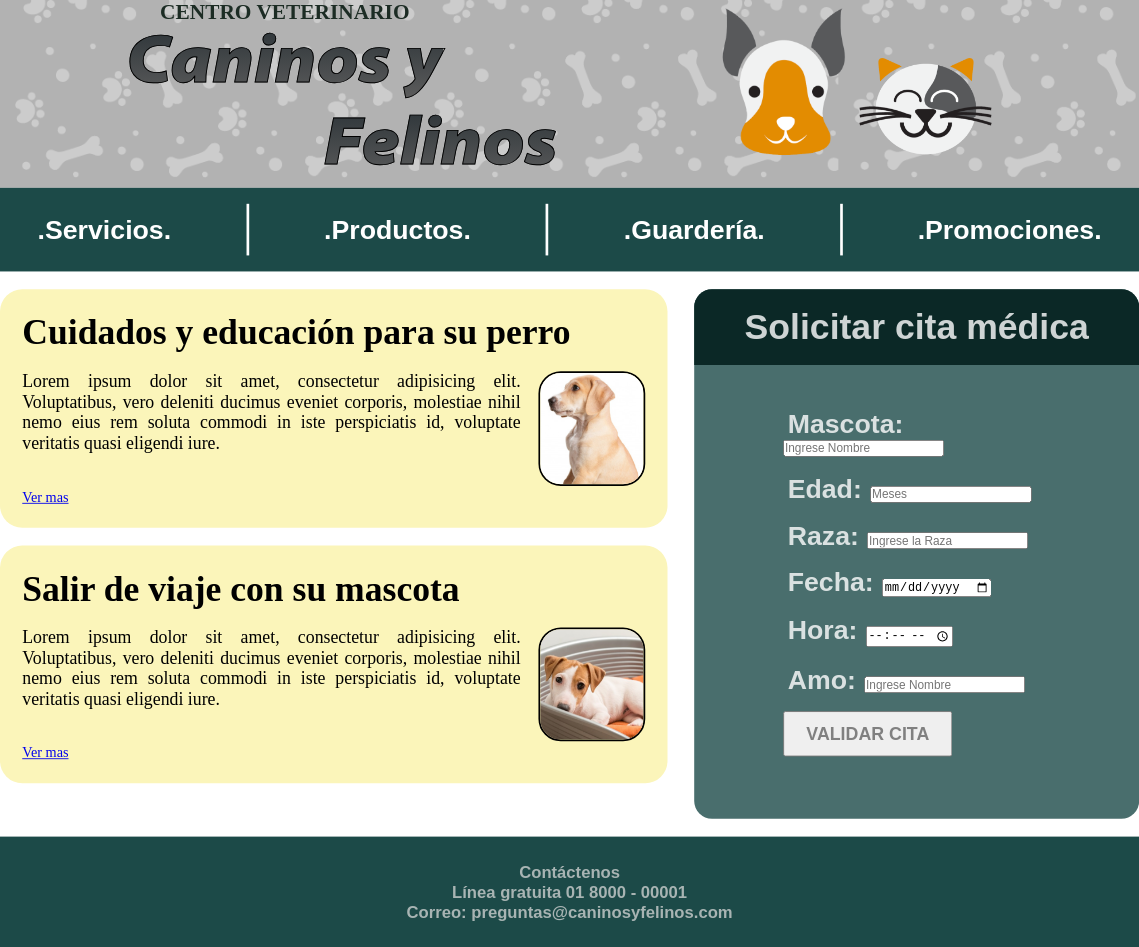
Repository: mariomr87/senaweb01
Page: principal.html
The author's editor kept a copy of each file at every save. The page is drawn from the files as they stood at one save, then again after the next save.
The browser window is 1280 px wide. The pictures show the whole page, at 89% of full size.

Above is the page before, as saved 2021-10-23 13:50:34.

### principal.html
<!DOCTYPE html>
<html lang="en">
<head>
    <meta charset="UTF-8">
    <meta http-equiv="X-UA-Compatible" content="IE=edge">
    <meta name="viewport" content="width=device-width, initial-scale=1.0">
    <link rel="stylesheet" href="estilos.css">
    <title>Document</title>
</head>
<body>
    <div>
        <header>
            <div id="cabecera">
                <div class="header-text">
                    <h3>CENTRO VETERINARIO</h3>
                    <h1><span id="header-text-degrad">Caninos y <br><span id="text-felinos">Felinos</span></spa></h1>
                </div>
                <div class="header-img">
                    <img src="./imagenes/dog_white.png" alt="">
                    <img src="./imagenes/cat_white.png" alt="">
                </div>
            </div>
        </header>
        <nav>
            <td>
                <tr><a href="">.Servicios.</a><span class="linea"></span></tr>
                <tr><a href="">.Productos.</a><span class="linea"></span></tr>
                <tr><a href="">.Guardería.</a><span class="linea"></span></tr>
                <tr><a href="">.Promociones.</a></tr>
            </td>
        </nav>
        <div class="centro-pag">
            <section>
                <article>
                    <h2>Cuidados y educación para su perro</h2>
                    <div class="centropag-texto">
                        <p>Lorem ipsum dolor sit amet, consectetur adipisicing elit. Voluptatibus, vero deleniti ducimus eveniet corporis, molestiae nihil nemo eius rem soluta commodi in iste perspiciatis id, voluptate veritatis quasi eligendi iure.</p>
                        <div><img src="./imagenes/perro1.png" alt=""></div>
                    </div>
                    <a href="#">Ver mas</a>
                </article>
                <article>
                    <h2>Salir de viaje con su mascota</h2>
                    <div class="centropag-texto">
                        <p>Lorem ipsum dolor sit amet, consectetur adipisicing elit. Voluptatibus, vero deleniti ducimus eveniet corporis, molestiae nihil nemo eius rem soluta commodi in iste perspiciatis id, voluptate veritatis quasi eligendi iure.</p>
                        <div><img src="./imagenes/perro2.png" alt=""></div>
                    </div>
                    <a href="#">Ver mas</a>
                </article>
            </section>
            <aside>
                <form action="">
                    <div><h2>Solicitar cita médica</h2></div>
                    <div class="cuestionario">
                        <label for="mascota_name">Mascota:</label>
                        <input type="text" placeholder="Ingrese Nombre" id=""><br>

                        <label for="age_pet">Edad:</label>
                        <input type="number" name="" id="" placeholder="Meses"><br>

                        <label for="raza_pet">Raza:</label>
                        <input type="text" name="" id="" placeholder="Ingrese la Raza"><br>

                        <label for="fecha_ingreso_pet">Fecha:</label>
                        <input type="date" name="" id=""><br>

                        <label for="hora_ingreso_pet">Hora:</label>
                        <input type="time" name="" id=""><br>

                        <label for="amo_pet">Amo:</label>
                        <input type="text" name="" id="" placeholder="Ingrese Nombre"><br>

                        <button type="submit">VALIDAR CITA</button>
                    </div>
                </form>
            </aside>
        </div>
        <footer>
            <h3>Contáctenos</h3>
            <h3>Línea gratuita 01 8000 - 00001</h3>
            <h3>Correo: preguntas@caninosyfelinos.com</h3>
        </footer>
    </div>
</body>
</html>

### estilos.css
*{
    margin: 0px;
    padding: 0px;
    box-sizing:border-box;
}

@font-face {
    font-family: Myriad_Pro ;
    src: url(./extra/MyriadProBlackSemiExtendedItalic.otf);
}

h1{
    font-family: Myriad_pro;
}

header div img{
    width: 10em;
}

#cabecera{
    background-image: url("./imagenes/fondo.png");
    background-repeat: initial;
    width: 100%;
    display: flex;
    text-align: center;
}

.header-text,.header-img{
    width:50%;
}

.header-text h3{
    font-size: 1.5em;
    color:#1c2c24;
}

.header-text h1{
    font-size: 4.8em;
}

#header-text-degrad{
    background: linear-gradient(#30373b,#5c5c5c);
    -webkit-background-clip: text;
    -webkit-text-fill-color: transparent;
    -webkit-text-stroke: 1px black;
}

#text-felinos{
    margin-left: 350px;
}

nav{
    display: flex;
    flex-direction: row;
    justify-content: space-around;
    background: #1c4a48;
    margin-bottom: 20px;
}

nav a{
    color: #fff;
    font-weight: bold;
    text-decoration: none;
    font-size: 30px;
    font-family: Arial, Helvetica, sans-serif;
    padding: 30px 0;
}

.linea{
    border-right: 3px solid #fff;
    margin: 18px 0;
}

.centro-pag{
    display: flex;
}

.centropag-texto{
    display: flex;
    padding-top: 20px;
}

section{
    width: 60%;
    margin-right: 30px;
}

article{
    background: #fbf5ba;
    margin-bottom: 20px;
    padding: 25px;
    border-radius: 25px;
}

article h2{
    font-size: 40px;
}

article p{
    font-size: 20px;
    text-align: justify;
    padding-right: 20px;
}

article div img {
    width: 120px;
    border: 2px solid black;
    border-radius: 25px;
}

form  div h2{
    background:#0b2826 ;
    border-radius: 20px 20px 0 0;
    color: #ced4d4;
    font-size: 40px;
    padding: 20px 0;
    text-align: center;
}

aside{
    font-family: Arial, Helvetica, sans-serif;
    background: #496e6d;
    width: 40%;
    border-radius: 20px;
}

form label{
    font-weight:bold;
    font-size: 30px;
    color: #dae1e1;
    padding: 5px;
}

.cuestionario{
    padding: 10% 20%;
}

.cuestionario label,input,button{
    margin-bottom: 20px;
}

.cuestionario input{
    height: 100um;
}

.cuestionario button{
    font-size: 20px;
    padding: 4% 8%;
    font-weight: 600;
    color: gray;

}

footer{
    text-align: center;
    background: #1c4a48;
    color: #a8b4b3;
    padding: 30px 0;
    font-family: Arial, Helvetica, sans-serif;
    margin-top: 20px;
}

After the next save:
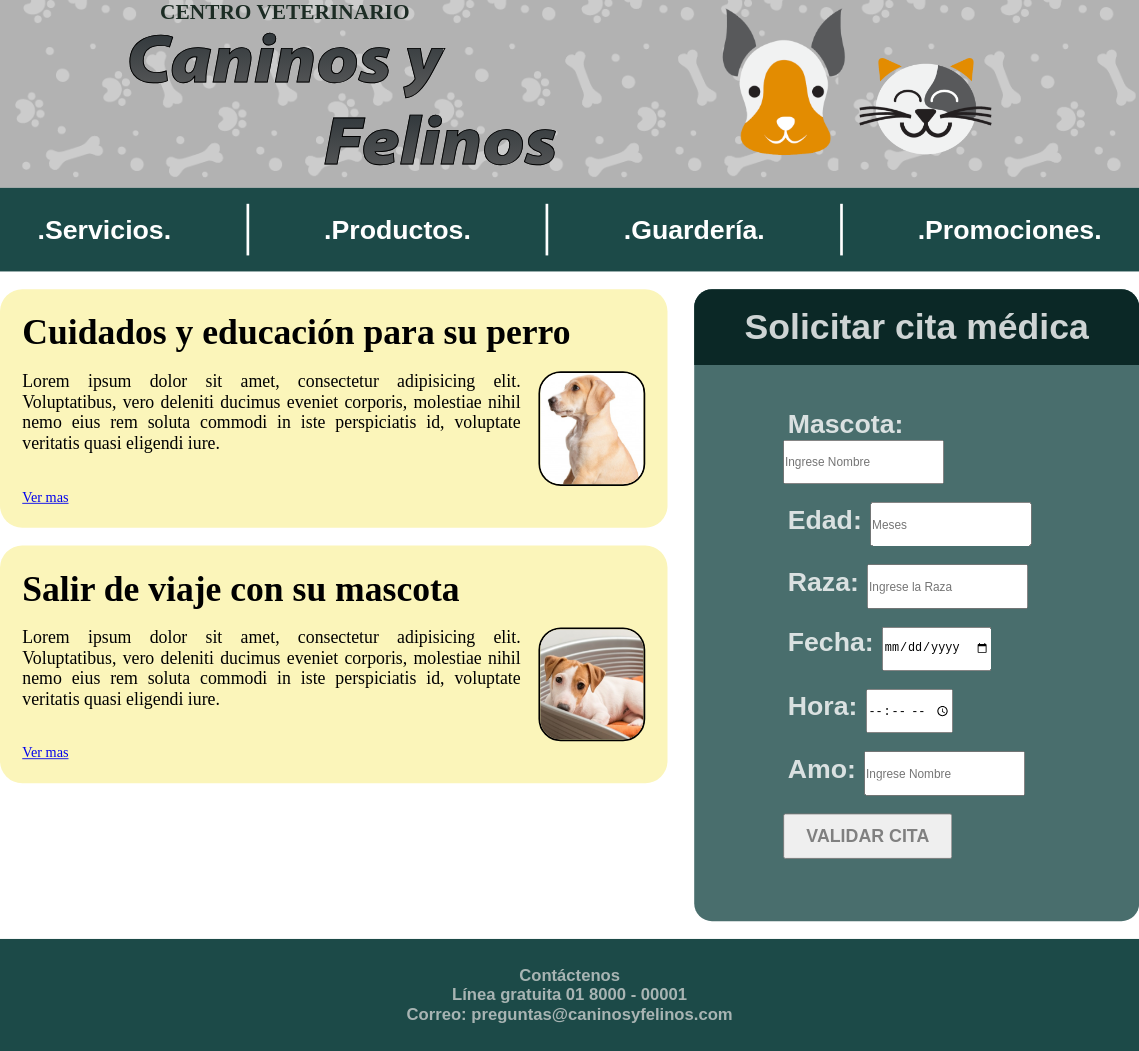
Saved 7 s later.
--- a/estilos.css
+++ b/estilos.css
@@ -140,7 +140,7 @@ form label{
 }
 
 .cuestionario input{
-    height: 100um;
+    height: 50px;
 }
 
 .cuestionario button{
